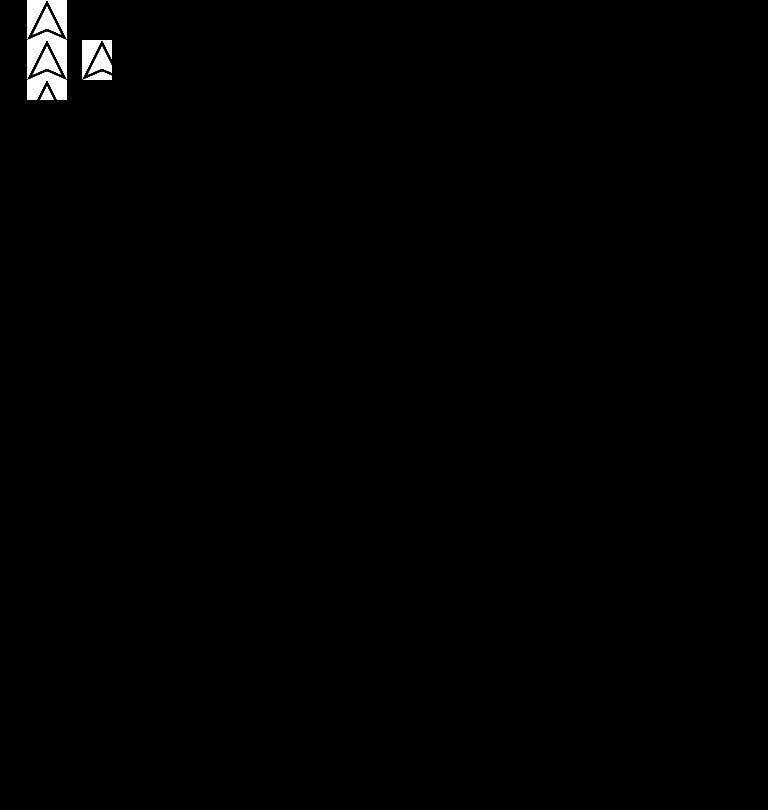
Repository: mintuhouse/AndroidBasedTennisBallCollector_group14_cs308_2012
Layout: android/RemoteTennisBallCollector/res/layout/main.xml
The author's editor kept a copy of each file at every save. The layout is drawn from the files as they stood at one save, then again after the next save.
The pictures show rows 470 to 1280 of an output 1280 px tall.
It is drawn on a 768 x 1280 px phone screen (xhdpi) without system bars, with theme android:Theme; the app's code is not run.

Above is the layout before, as saved 2012-04-07 13:57:47.

After the next save:
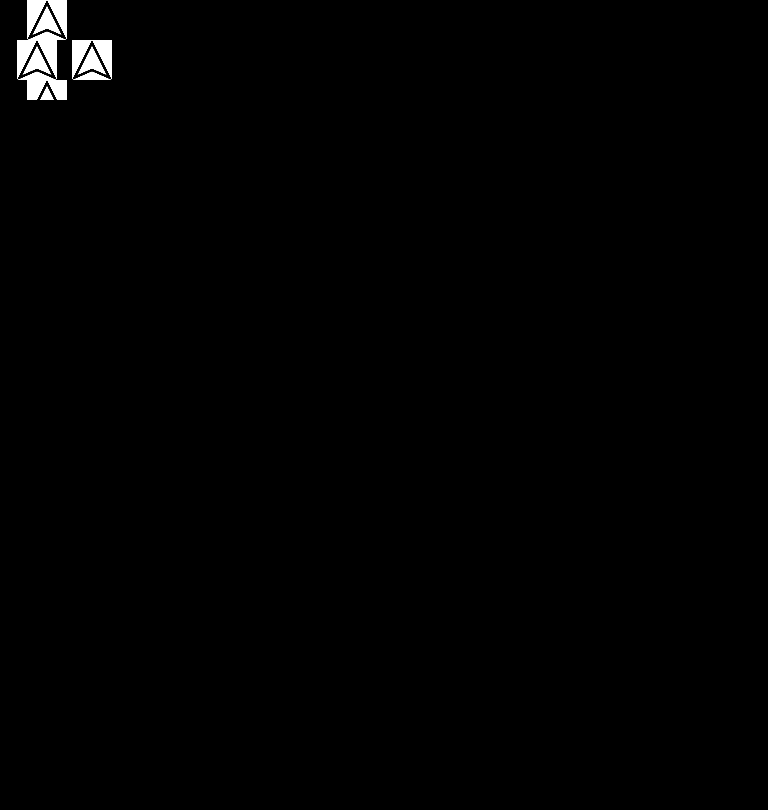
Saved 7 s later.
--- a/android/RemoteTennisBallCollector/res/layout/main.xml
+++ b/android/RemoteTennisBallCollector/res/layout/main.xml
@@ -44,7 +44,7 @@
 	       	   	android:contentDescription="@string/leftarrow"
 	       	 	android:layout_width="20dp"
 	       	 	android:layout_height="20dp"
-	       	 	android:layout_marginLeft="15px"
+	       	 	android:layout_marginLeft="5px"
 	       	 	android:background="@drawable/joystick"
 	       	 />
        	    <ImageButton
